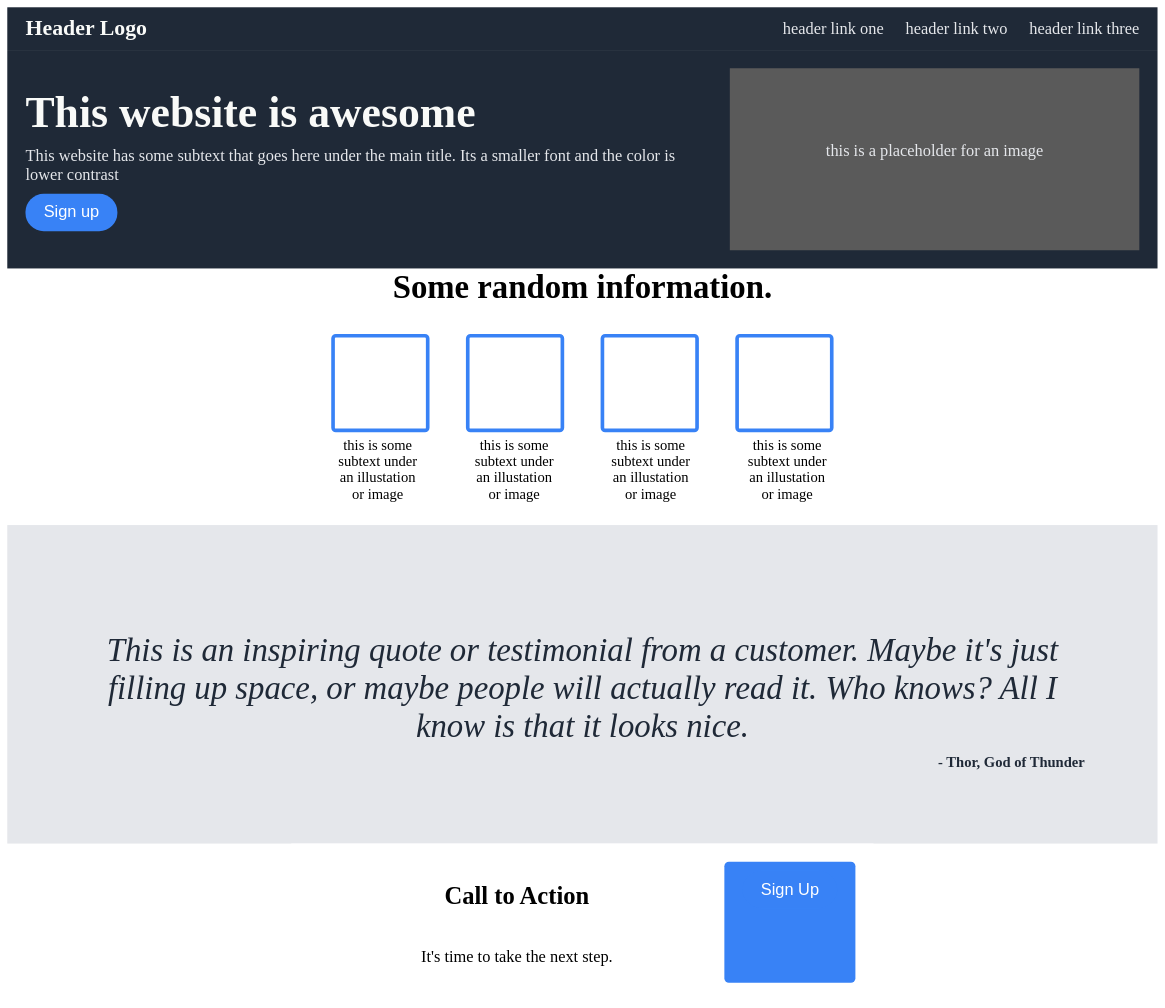
Repository: mnhardy1504/odin-recipes1
Page: flexboxlanding/index.html
The author's editor kept a copy of each file at every save. The page is drawn from the files as they stood at one save, then again after the next save.
The browser window is 1280 px wide. The pictures show the whole page, at 91% of full size.

Above is the page before, as saved 2023-09-15 13:23:16.

### flexboxlanding/index.html
<!DOCTYPE html>
<html>

<head>
    <meta charset="UTF-8">
    <link rel="stylesheet" href="index.css">
</head>

<body>
    <div class="header">
        <div class="header-logo"><strong>Header Logo</strong></div>
        <div class="header-links">
            <a href="#">header link one</a>
            <a href="#">header link two</a>
            <a href="#">header link three</a>
        </div>
    </div>

    <div class="flexbox-section">
        <div class="flexbox-content">
            <h1>This website is awesome</h1>
            <p class="subtext">This website has some subtext that goes here under the main title. Its a smaller font and
                the color is lower contrast</p>
            <button>Sign up</button>
        </div>
        <div class="image-container">
            <div class="image-placeholder">
                <div class="image-text">this is a placeholder for an image</div>
            </div>
        </div>
    </div>

    <div class="random"><strong>Some random information.</strong></div>

    <div class="square-container">
        <div class="square">
            <div class="square-text">
            </div>
        </div>
        <div class="square">
            <div class="square-text">
            </div>
        </div>
        <div class="square">
            <div class="square-text">
            </div>
        </div>
        <div class="square">
            </div>
        </div>
        <div class="text-container">
            <div class="text-box">this is some subtext under an illustation or image</div>
            <div class="text-box">this is some subtext under an illustation or image</div>
            <div class="text-box">this is some subtext under an illustation or image</div>
            <div class="text-box">this is some subtext under an illustation or image</div>
        </div>
    </div>
    <div class="quote-section">
        <p class="quote-text">
            This is an inspiring quote or testimonial from a customer. Maybe it's just filling up space, or maybe people
            will actually read it. Who knows? All I know is that it looks nice.
        </p>
        <div class="quote-author">
            <strong>- Thor, God of Thunder</strong>
        </div>
    </div>

    <div class="call-to-action-box">
        <div class="call-to-action-content">
            <h2>Call to Action</h2>
            <p>It's time to take the next step.</p>
        </div>
        <div class="call-to-action-button">
            <button>Sign Up</button>
        </div>
    </div>
</body>

</html>

### flexboxlanding/index.css
.header {
    background-color: #1F2937; /* Header background color */
    color: white; /* Text color inside the header */
    display: flex;
    justify-content: space-between; /* Space between logo and links */
    align-items: center;
    padding: 10px 20px; /* Add padding to the header */
}

.header-logo {
    font-size: 24px;
     color: #f9faf8;
     margin-right: 20px;
}

.header-links a {
    text-decoration: none; /* Remove underlines from links */
    font-size: 18px;
    color: #e5e7eb;
    margin-left: 20px; /* Add spacing between links */
}

.header-links a:hover {
    text-decoration: underline;
}

.flexbox-section {
    background-color: #1F2937; /* Background color for the flexbox section */
    color: #f9faf8; /* Text color inside the flexbox section */
    display: flex;
    justify-content: space-between; /* Space between content and image */
    align-items: center;
    padding: 20px; /* Add padding to the flexbox section */
}

.flexbox-content {
    max-width: 60%; /* Adjust the maximum width of the content */
}

h1 {
    font-size: 48px;
    font-weight: bold; /* Extra-bold */
    margin: 0; /* Remove default margin */
}

.subtext {
    font-size: 18px;
    color: #e5e7eb; /* Subtext color */
    margin: 10px 0; /* Add spacing around subtext */
}

.image-container {
    display: flex;
    align-items: center; /* Vertically align content if needed */
}

.image-placeholder {
    width: 450px;
    height: 200px;
    background-color: #5A5A5A;
}

.image-text {
    font-size: 18px;
    color: #e5e7eb;
    text-align: center;
    padding: 80px;
}

.square-container {
    display: flex;
    justify-content:center;
    align-items: center;
    flex-wrap: wrap;
    background-color: white;
    padding: 10px;
}

.square {
    width: 100px;
    height: 100px;
    background-color: white;
    border: 4px solid #3882F6;
    text-align: center;
    display: flex;
    flex-direction: column;
    justify-content: space-between;
    align-items: center;
    color: white;
    margin: 20px;
    border-radius: 5px;
}

.text-container {
    display: flex;
    justify-content: center;
    align-items: center;
    flex-wrap: wrap;
    margin-top: -50px;
}

.text-box {
    width: 100px;
    text-align: center;
    margin: 25px;
}

.random {
    text-align: center;
    justify-content: center;
    font-size: 36px
}

.quote-section {
    background-color: #e5e7eb;
    padding: 80px;
    text-align: center;
}

.quote-text {
    font-size: 36px;
    font-style: italic;
    color: #1F2937;
    margin-bottom: 10px;
}

.quote-author {
    font-style: light italic;
    color: #1F2937;
    text-align: right;
    font-weight: 800;
}

.call-to-action-box {
    display: flex; /* Use flexbox for layout */
    background-color: white; /* White background for the container */
    padding: 20px;
    width: 600px;
    margin: 0 auto;
}

.call-to-action-content {
    flex-grow: 1; /* Make this div expand to fill the available space */
    display: flex; /* Use flexbox within the container */
    flex-direction: column; /* Stack items vertically */
    align-items: center; /* Center items horizontally */
    justify-content: center; /* Center items vertically */
    max-width: 600px;
    font-size: 18px;
}

/* Style the rectangular blue box */
.call-to-action-button {
    background-color: #3882F6; /* Blue background for the button */
    color: white;
    padding: 10px 20px;
    border: none;
    border-radius: 5px;
    justify-content: right;
    font-size: 18px;
    cursor: pointer;
}

/* Add hover effect to the button */
.call-to-action-content button:hover {
    background-color: #1F5CFF; /* Darker blue on hover */
}

button {
    background-color: #3882F6;
    color: white;
    padding: 10px 20px;
    border: white;
    border-radius: 20px;
    font-size: 18px;
    cursor: pointer;
    align-items: right;
    text-align: right;
}

button:hover {
    background-color: #3882F6
}

After the next save:
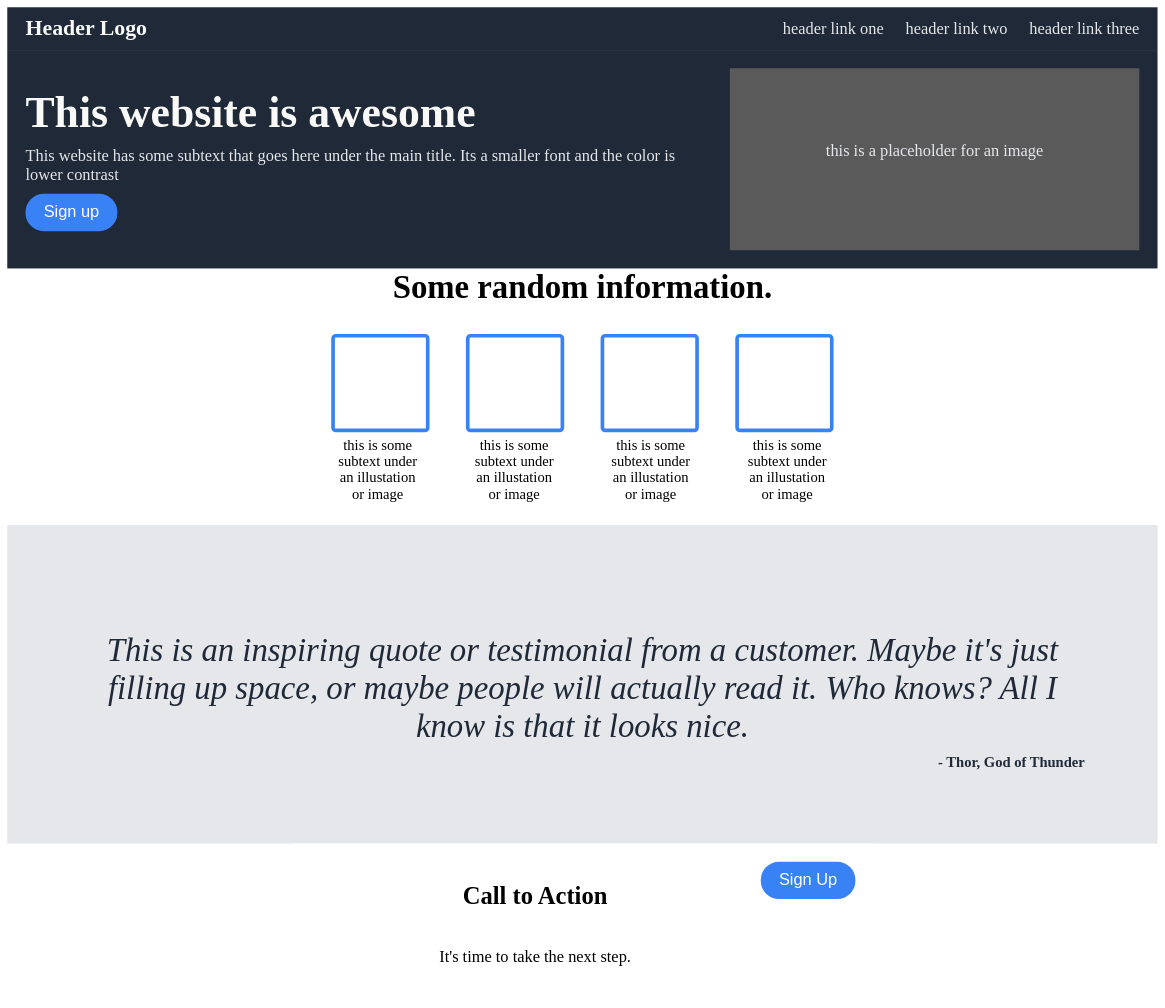
Saved 3 min 4 s later.
--- a/flexboxlanding/index.html
+++ b/flexboxlanding/index.html
@@ -70,7 +70,7 @@
             <h2>Call to Action</h2>
             <p>It's time to take the next step.</p>
         </div>
-        <div class="call-to-action-button">
+        <div>
             <button>Sign Up</button>
         </div>
     </div>
